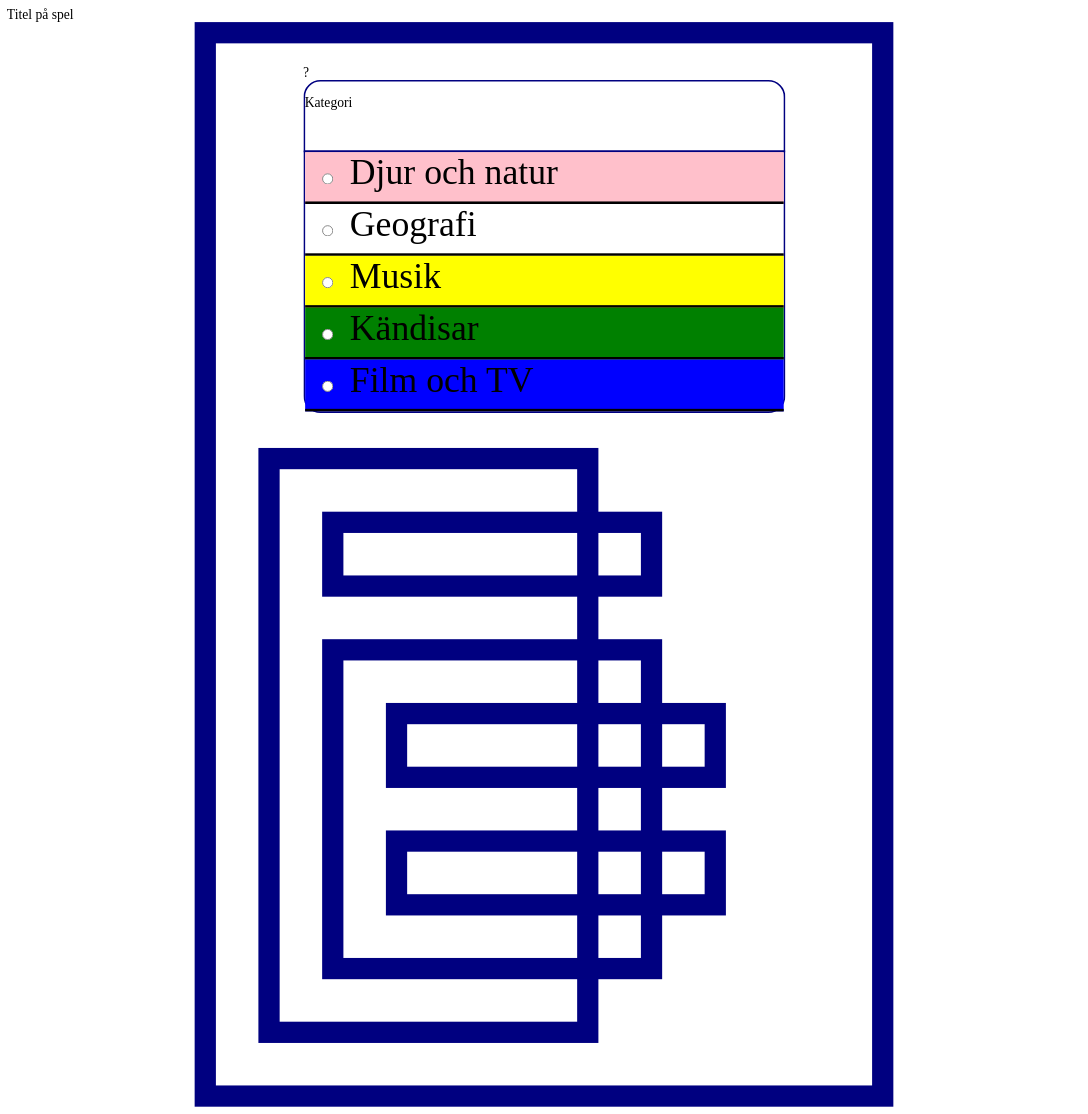
Repository: ed222gg/project2
Page: pages/start.html
The author's editor kept a record of every edit. The page is drawn from the files as they stood at one moment, then again after the next edit.
The browser window is 1280 px wide. The pictures show the whole page, at 85% of full size.

Above is the page before.

### pages/start.html
<!DOCTYPE html>
<html>

<head>
    <meta charset="utf-8" />
    <title>Index</title>
    <link rel="stylesheet" type="text/css" href="../css/style.css" />
</head>

<body>
    <header>Titel på spel</header>
    <main>
        <div id="container">
            <div id="help">?</div>
            <div id="CategoryTitle"><p>Kategori</div>
            <div id="categories">
                <ul>
                    <div id="li0"><li><input type="radio" id="c0" name="category" value="0">Djur och natur</li></div>
                    <div id="li1"><li><input type="radio" id="c1" name="category" value="1">Geografi</li></div>
                 <div id="li2">   <li><input type="radio" id="c2" name="category" value="2">Musik</li></div>
                  <div id="li3"> <li><input type="radio" id="c3" name="category" value="3">Kändisar</li></div>
                  <div id="li4">  <li><input type="radio" id="c4" name="category" value="4">Film och TV</li></div>
                </ul>




            </div>
        </div>
        <!-- <template id="tamplate"> -->
        <div id="gameLayout">
            <div id="topLayout"></div>
            <div id="bottomLayout">
                <div id="bottomLeft"></div>
            <div id="bottomRight"></div>
        </div>
        </div>
        <!-- </template> -->

    </main>
    <script src="../script/Game.js" type="text/javascript"></script>
</body>

</html>

<!-- main funktionen
   var template = document.querySelector('#template');
   var gameLayout = template.content.querySelector('#gameLayout').cloneNode(true);

   // om du vill hämta element i main funktionen
   gameLayout.questionP = gameLayout.querySelector('#question');
   gameLayout.questionP.innerHTML ='vem van vm 2011';

   // lägger ut allt
   container.appendChild(gameLayout);
   <--

### css/style.css
body{
    background: #FFFFFF;
}

main{
    /* float: right; */
  overflow: auto;
  margin: auto;
  width: 722px;
  padding: 25px;
  border: 25px solid navy;
}
header{}
input{

    margin: 20px;}

#template{ }
#gameLayout{
    float:left;
    width: 300px;
    padding: 25px;
    border: 25px solid navy;
    margin: 25px;}
#topLayout{
      float:left;
      width: 300px;
    padding: 25px;
    border: 25px solid navy;
    margin: 25px;}
#bottomLayout{   float:left;width: 300px;
    padding: 25px;
    border: 25px solid navy;
    margin: 25px;}
#bottomLeft{  float:left; width: 300px;
    padding: 25px;
    border: 25px solid navy;
    margin: 25px;}
#bottomRight{   float:left;width: 300px;
    padding: 25px;
    border: 25px solid navy;
    margin: 25px;}



#categories{  float:left;
    margin: 0px;
    padding: 0px;
    list-style-type: none;
}


#container{    overflow: auto;
  /* float: left; */
  width: 567px;
  padding: -29px;
 /* border: 8px solid navy;*/
  margin: auto;
}


#CategoryTitle{


  width: 563px;
  height: 81px;
  /* padding: 18px; */
  border: 2px solid navy;
  /* margin: 25px; */
  margin: auto;
  border-radius-top: 12px;
  border-top-left-radius: 20px;
  border-top-right-radius: 20px;

}


 ul{
  padding: 0px;
  margin-top: -2px;
  width: 563px;
  border: 2px solid navy;
  border-bottom-left-radius: 20px;
  border-bottom-right-radius: 20px;

 }
 li{  /* width: 51px; */
  font-size: 42px;
  /* font-family: serif; */
  list-style-type: none;
  /* width: 200px; */
 }

input#c:hover {
  cursor:pointer;

 }

#li0{
background-color:pink;
border-bottom-style: solid;
}
#li1{

border-bottom-style: solid;
}

#li2{
background-color:yellow;
border-bottom-style: solid;
}

#li3{
background-color:green;
border-bottom-style: solid;
}
#li4{
background-color:blue;
border-bottom-style: solid;
}

### script/Game.js
"use strict"; //objekt.metod/egenskap(argument)

var Game= {

    pos: 0,
    categoryNr: undefined,
    test: undefined,
    testStatus: undefined,
    question: undefined,
    choice: undefined,
    choises: undefined,
    chA: undefined,
    chB: undefined,
    correct: 0,
    questionsArray: [],


    init: function() {
        var radios = document.getElementsByName('category'); // samla alla cetegoryelementen i en lista
        console.log(radios)

        for (var i = 0; i < radios.length; i++) {
            eventClick(i);
        }
        //funktionen eventclick som vi kallar på i forloopen ovan,
        //lägger en eventlistener på alla elementen i radios
        function eventClick(categoryId){
            radios[categoryId].addEventListener("click", function() {
            if (radios[categoryId].checked)
            {

                //nu har vi checkat samt vet vilket id categorin har. nu kan vi sätta rätt frågor. next step.
                //hmm hur var det jag hade tänkt nu då...
                console.log(categoryId)

            }


            });
        }



    },
};
//När sidan har laddads in så anropas init.
window.onload = Game.init;


 /* // main funktionen
   var template = document.querySelector('#template');
   var gameLayout = template.content.querySelector('#gameLayout').cloneNode(true);

   // om du vill hämta element i main funktionen
   gameLayout.questionP = gameLayout.querySelector('#question');
   gameLayout.questionP.innerHTML ='vem van vm 2011';

   // lägger ut allt
   container.appendChild(gameLayout);*/

After the next edit:
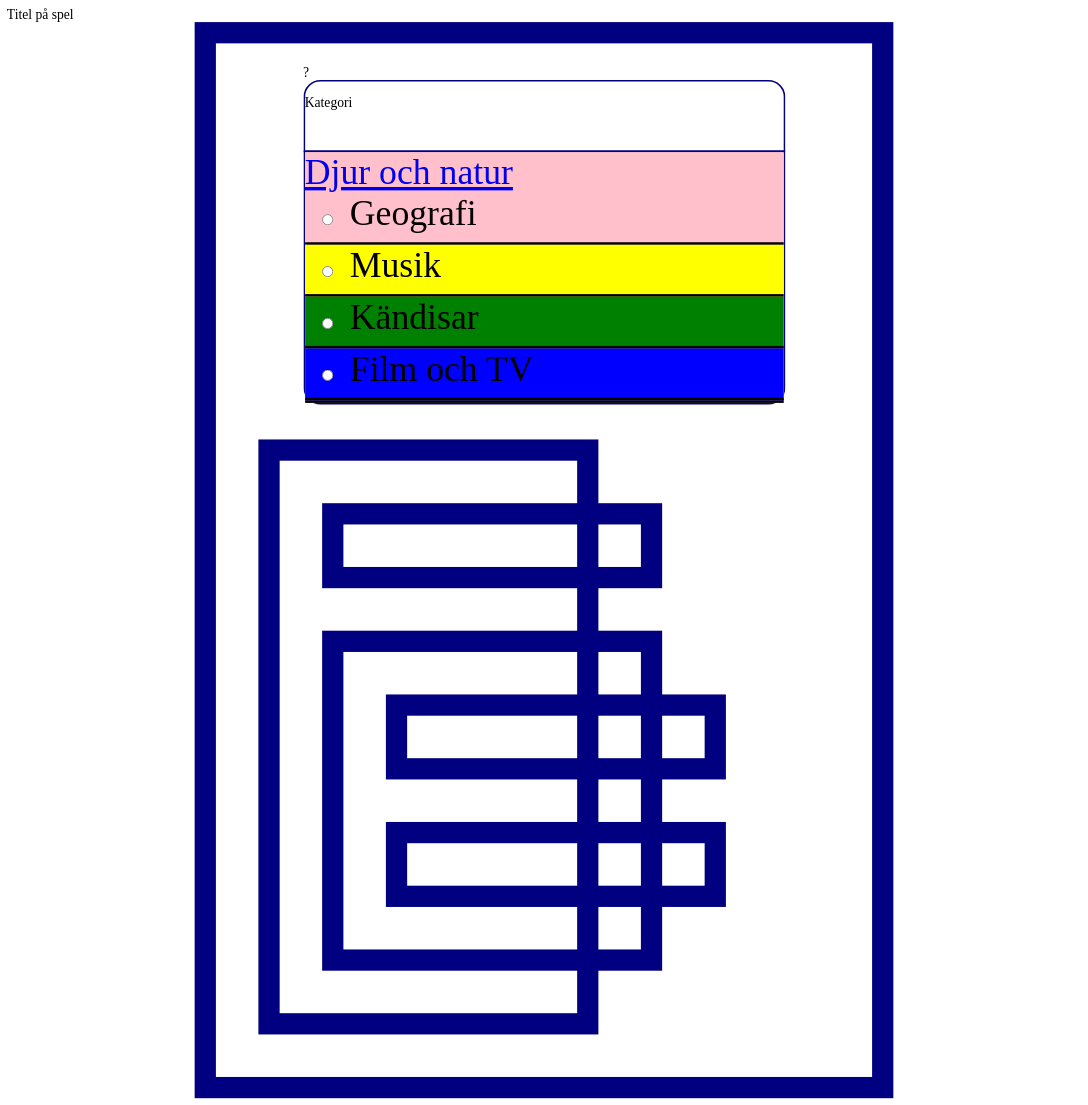
The edit:
--- a/pages/start.html
+++ b/pages/start.html
@@ -15,7 +15,7 @@
             <div id="CategoryTitle"><p>Kategori</div>
             <div id="categories">
                 <ul>
-                    <div id="li0"><li><input type="radio" id="c0" name="category" value="0">Djur och natur</li></div>
+                    <div id="li0"><li class="anim"><a href="#" id="01">Djur och natur</a></li>
                     <div id="li1"><li><input type="radio" id="c1" name="category" value="1">Geografi</li></div>
                  <div id="li2">   <li><input type="radio" id="c2" name="category" value="2">Musik</li></div>
                   <div id="li3"> <li><input type="radio" id="c3" name="category" value="3">Kändisar</li></div>
